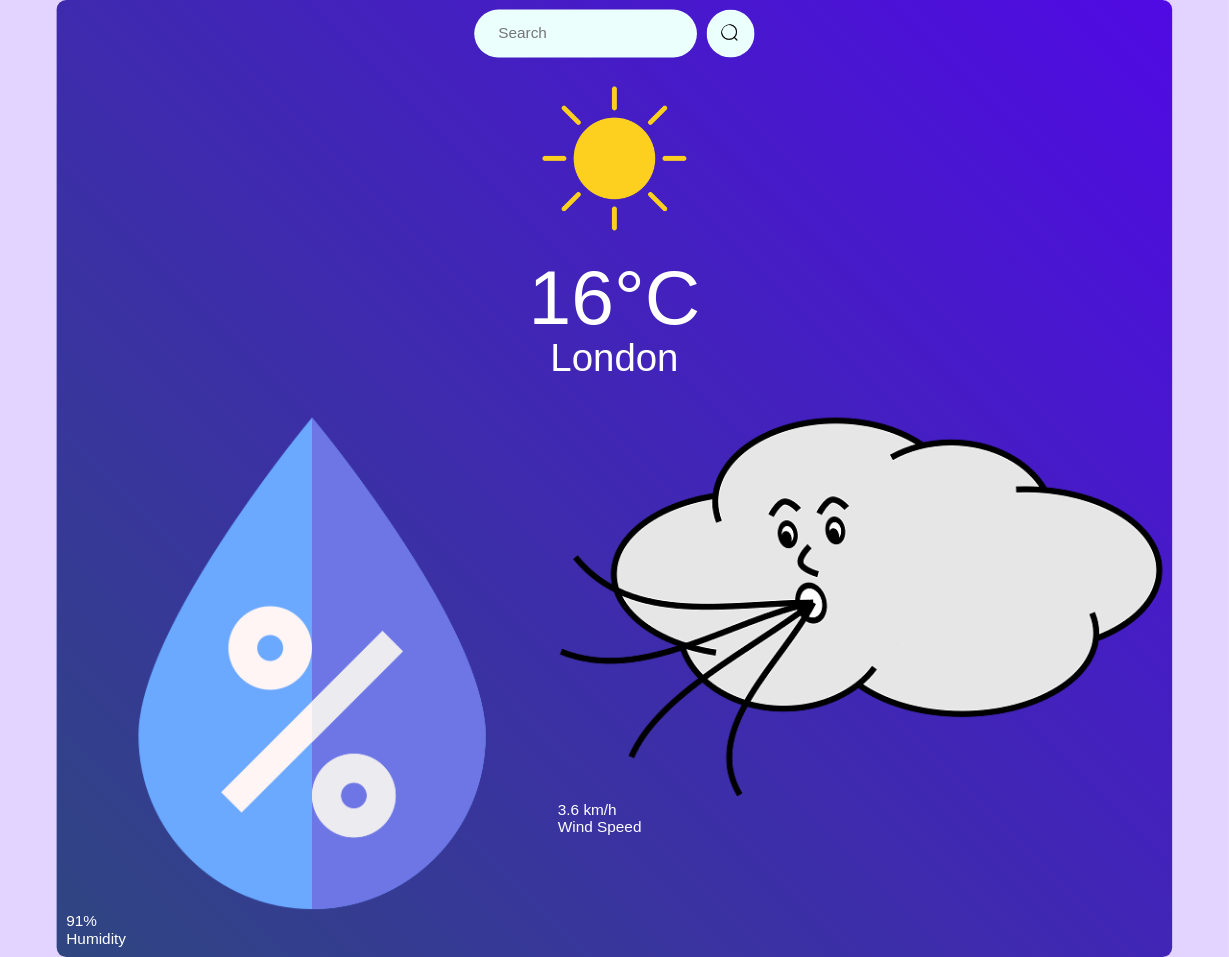
Repository: wakoya-tech/wheather-app
Page: /
These files come from the project's save history. The page is drawn as it stood at one moment and after the next save; the edit follows.
The browser window is 1280 px wide. The pictures show the whole page, at 96% of full size.
The project was rebuilt for these pictures with package versions that can differ from the ones it lists, and the page was loaded fresh each time. Also part of the build but not shown: vite.config.js, src/App.css.

Above is the page before, as saved 2025-10-18 21:19:21.

### index.html
<!DOCTYPE html>
<html lang="en">
  <head>
    <meta charset="UTF-8" />
    <link rel="icon" type="image/svg+xml" href="/vite.svg" />
    <meta name="viewport" content="width=device-width, initial-scale=1.0" />
    <title>Weather App - wakoCode</title>
  </head>
  <body>
    <div id="root"></div>
    <script type="module" src="/src/main.jsx"></script>
  </body>
</html>

### src/App.jsx
import { useState } from 'react'
import Weather from './Components/Weather'

import './App.css'

function App() {
 return(
 <div className='App'>

<Weather/>

 </div>

 )

}

export default App

### src/index.css

*{
    margin: 0;
    padding: 0;
    box-sizing: border-box;
    font-family: "poppins",sans-serif;
}
.App {
    min-height: 100vh;
    display: grid;
    background: #e2d4ff;
}

### src/Components/Weather.jsx
import React from 'react';
import './Weather.css';
import search_icon from '../assets/Search.png';
/*import rain from '../assets/Rain.png';
import cloud from '../assets/Cloud.png';*/
import clear from '../assets/Clear.png';
/*import drizzle from '../assets/Drizzle.png';
import snow from '../assets/Snow.png';
*/

import wind from '../assets/Wind.png'
import humidity from '../assets/Humidity.png';

function Weather() {
  return (
    <div className='weather'>
      <div className="search-bar">
        <input type="text" placeholder='Search' />
        <img  src={search_icon} alt="Search" />

      </div>
       <img src={clear} alt="" className='weather-icon'/>
        <p className='temperature'>16°C</p>
        <p className='location'>London</p>
        <div className="weather-data">
          <div className="col">
            <img src={humidity} alt="" />
            <div>
              <p>91%</p>
              <span>Humidity</span>
            </div>
          </div>
          <div className="col">
            <img src={wind} alt="" />
            <div>
           <p>3.6 km/h</p>
           <span>Wind Speed</span>

            </div>
          </div>
        </div>
    <div/>

    </div>
  );
}
/*https://www.flaticon.com/free-icon/sun_1163662?related_id=1163662&origin=<pack></pack>*/
export default Weather;

### src/Components/Weather.css
.weather{
place-self: center;
padding: 10px;
border-radius: 10px;
background-image: linear-gradient(45deg,#2f4680,#500ae4);
display: flex;
flex-direction: column;
align-items: center;
}
.search-bar{
    display: flex;
    align-items: center;
    gap: 10px;
}
.search-bar input{
   height: 50px;
    font-size: 16px;
    border-radius: 40px;
    padding-left: 25px;
    border: none;
    outline: none;
    color: #626262;
    background: #ebfffc;
}
.search-bar img{
  width: 50px;
  padding: 15px;
    border-radius: 50%;
    background: #ebfffc;
  cursor: pointer;
}
.weather-icon {
    width: 150px;
    margin: 30px 0;
}
.temperature{
    color: #fff;
    font-size: 80px;
    line-height: 1;
}
.location{
    color: #fff;
    font-size: 40px;
}
.weather-data{
    width: 100%;
    margin-top: 40px;
    color: #fff;
    display: flex;
}

Loaded but not shown: src/main.jsx (common file)

After the next save:
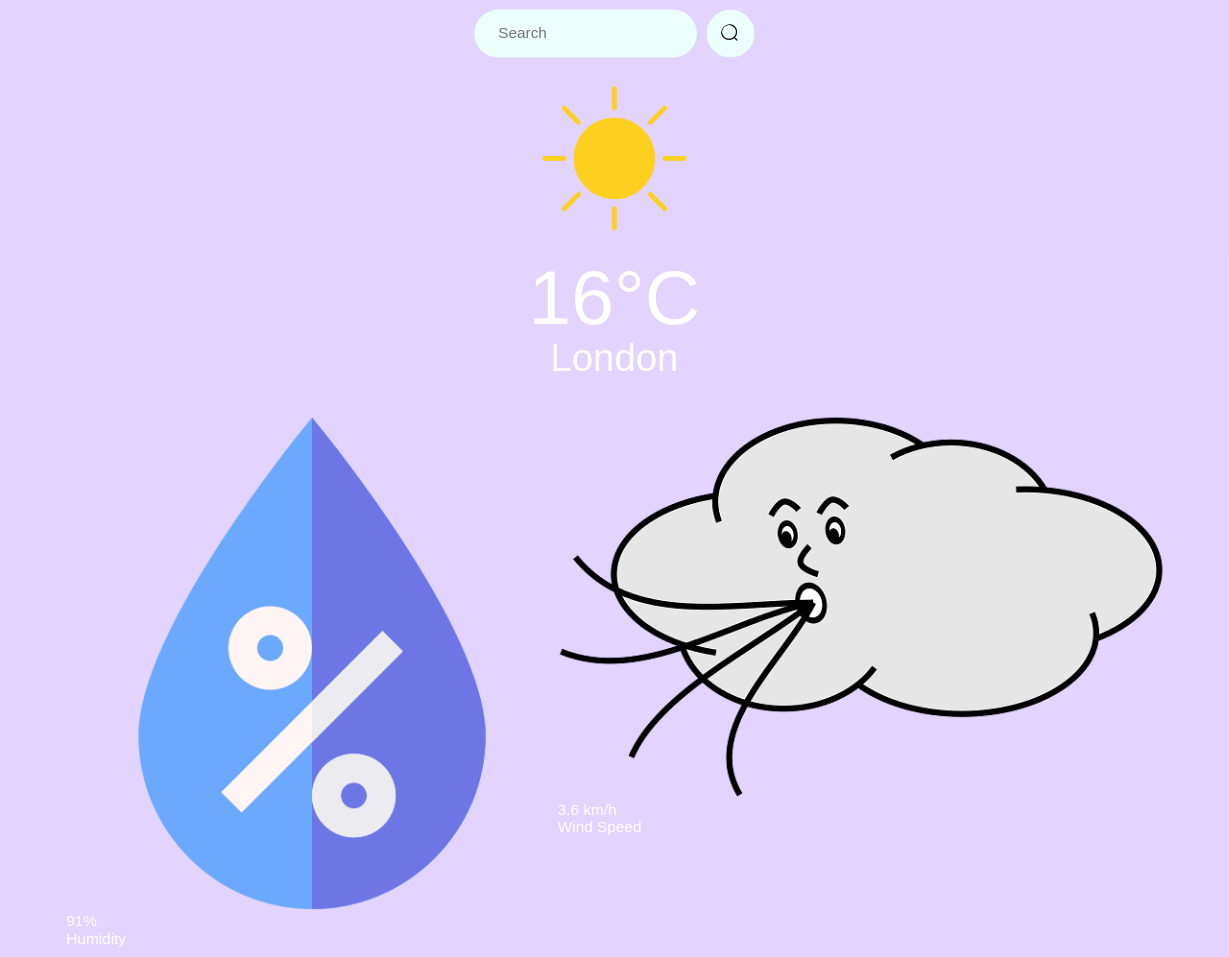
Saved 87 s later.
--- a/src/Components/Weather.css
+++ b/src/Components/Weather.css
@@ -2,8 +2,8 @@
 place-self: center;
 padding: 10px;
 border-radius: 10px;
-background-image: linear-gradient(45deg,#2f4680,#500ae4);
-display: flex;
+/*background-image: linear-gradient(45deg,#2f4680,#500ae4);
+*/display: flex;
 flex-direction: column;
 align-items: center;
 }

After the save that followed:
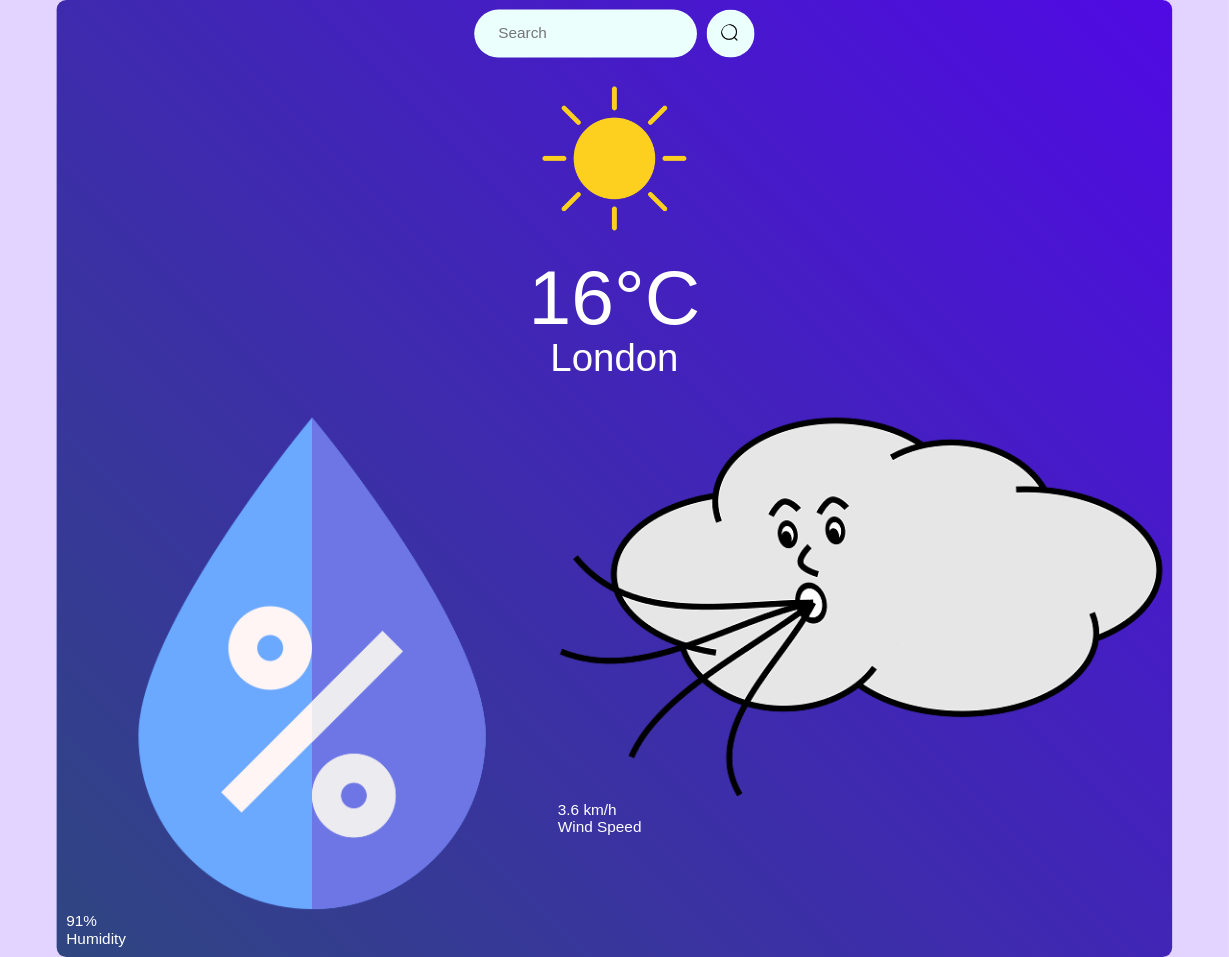
Saved 14 s later.
--- a/src/Components/Weather.css
+++ b/src/Components/Weather.css
@@ -2,8 +2,8 @@
 place-self: center;
 padding: 10px;
 border-radius: 10px;
-/*background-image: linear-gradient(45deg,#2f4680,#500ae4);
-*/display: flex;
+background-image: linear-gradient(45deg,#2f4680,#500ae4);
+display: flex;
 flex-direction: column;
 align-items: center;
 }
